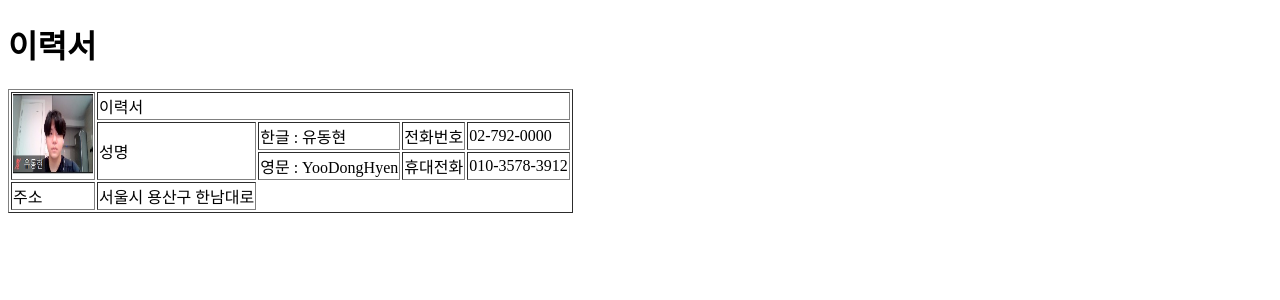
Repository: DongHyenYoo/DongHyen
Page: JdbcStudy/HTMLTEST/WebContent/resume.html
These files come from the project's save history. The page is drawn as it stood at one moment and after the next save; the edit follows.
The browser window is 1280 px wide. The pictures show the whole page.

Above is the page before, as saved 2022-09-23 08:14:05.

After the next save:
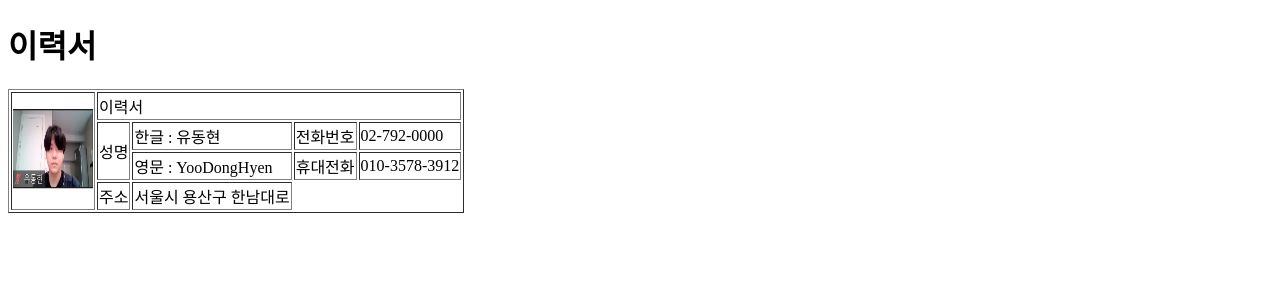
Saved 33 s later.
--- a/JdbcStudy/HTMLTEST/WebContent/resume.html
+++ b/JdbcStudy/HTMLTEST/WebContent/resume.html
@@ -8,7 +8,7 @@
 <h1>이력서</h1>
 <table border="1">
 <tr>
-<td rowspan="3"><img src="Test.jpg" width = "80" height="80" alt="테스트"></td> <td colspan="4">이력서</td>
+<td rowspan="4"><img src="Test.jpg" width = "80" height="80" alt="테스트"></td> <td colspan="4">이력서</td>
 </tr>
 
 <tr>
